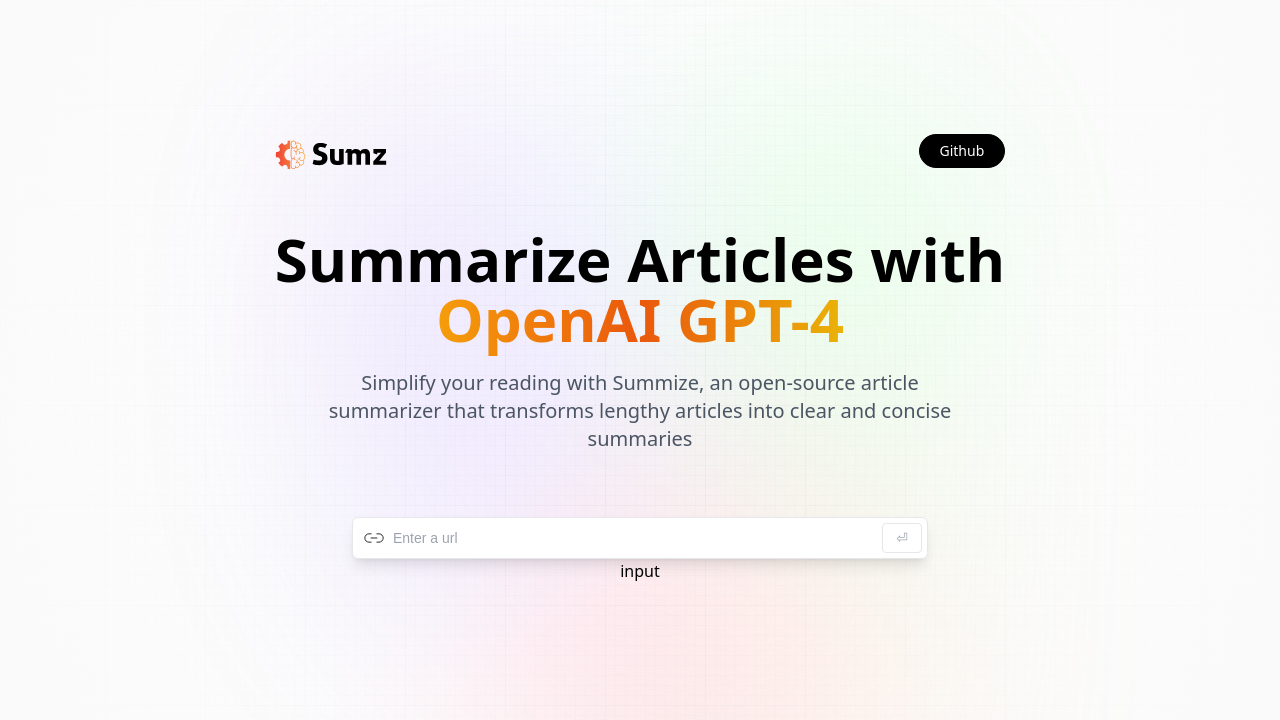
Repository: specialobyno/chatgpt-4
Page: /
These files come from the project's save history. The page is drawn as it stood at one moment and after the next save; the edit follows.
The browser window is 1280 px wide. The pictures show the whole page.
Some web fonts or font styles are not loaded; a fallback is used. The project was rebuilt for these pictures with package versions that can differ from the ones it lists, and the page was loaded fresh each time. Also part of the build but not shown: vite.config.ts.

Above is the page before, as saved 2023-04-24 00:26:31.

After the next save:
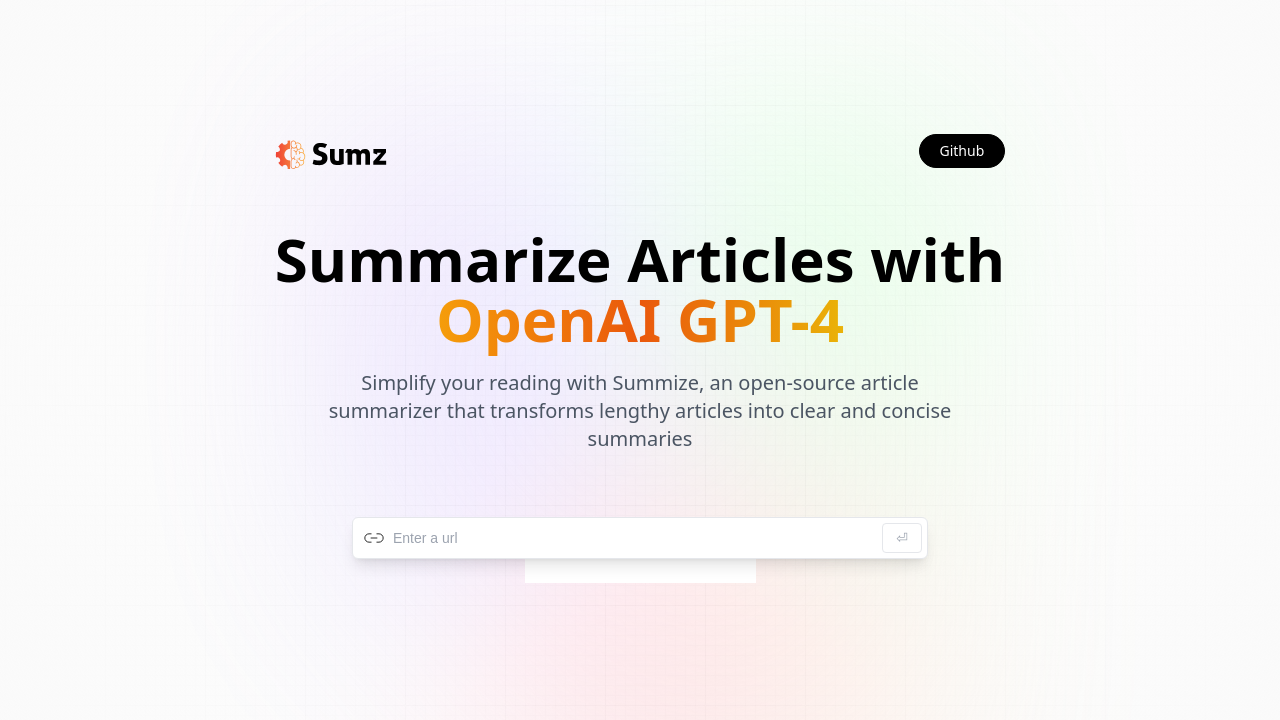
Saved 6 s later.
--- a/src/App.tsx
+++ b/src/App.tsx
@@ -13,7 +13,7 @@
             <div className="app">
                 <Hero />
                 <Demo />
-                input
+                <input type="text" name="" id="" />
             </div>
         </div>
     </main>
